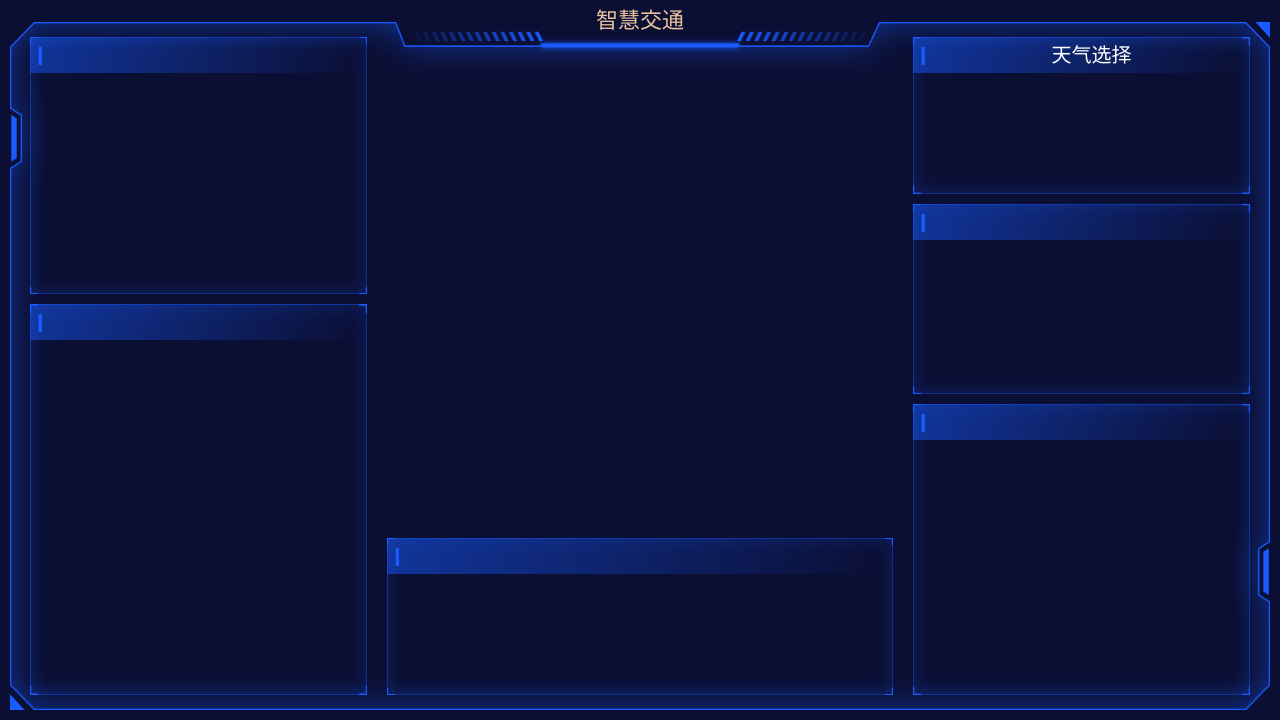
Repository: lizzie7d/smart-traffic
Page: /
The author's editor kept a copy of each file at every save. The page is drawn from the files as they stood at one save, then again after the next save.
The browser window is 1280 px wide. The pictures show the whole page.
The project was rebuilt for these pictures with package versions that can differ from the ones it lists, and the page was loaded fresh each time.

Above is the page before, as saved 2023-04-12 09:35:00.

### src/App.js
import "./App.css";
// import MainPage from "./pages/main";

function App() {
  return (
    <div className="App">
      {/* <header className="App-header"></header>
      <content className="App-content">
        <MainPage />
      </content> */}
      <div class="header">
        <h1 class="header-title">智慧交通</h1>
      </div>
      <div class="wrapper">
        <div class="content">
          <div class="col col-l">
            <div class="xpanel-wrapper xpanel-wrapper-40">
              <div class="xpanel xpanel-l-t">
                <div class="title"></div>
              </div>
            </div>
            <div class="xpanel-wrapper xpanel-wrapper-60">
              <div class="xpanel xpanel-l-b">
                <div class="title"></div>
              </div>
            </div>
          </div>
          <div class="col col-c">
            <div class="xpanel-wrapper xpanel-wrapper-75">
              <div class="xpanel no-bg"></div>
            </div>
            <div class="xpanel-wrapper xpanel-wrapper-25">
              <div class="xpanel xpanel-c-b">
                <div class="title title-long"></div>
              </div>
            </div>
          </div>
          <div class="col col-r">
            <div class="xpanel-wrapper xpanel-wrapper-25">
              <div class="xpanel xpanel-r-t">
                <div class="title">天气选择</div>
              </div>
            </div>
            <div class="xpanel-wrapper xpanel-wrapper-30">
              <div class="xpanel xpanel-r-m">
                <div class="title"></div>
              </div>
            </div>
            <div class="xpanel-wrapper xpanel-wrapper-45">
              <div class="xpanel xpanel-r-b">
                <div class="title"></div>
              </div>
            </div>
          </div>
        </div>
      </div>
    </div>
  );
}

export default App;

### src/App.css
.App {
  text-align: center;
}


/* .App-content {
  background-color: #282c34;
  min-height: 100vh;
  display: flex;
  background-image: url(./assets/bg-image.png);
background-repeat: no-repeat;
background-size: 100%;
  flex-direction: column;
  font-size: calc(10px + 2vmin);
  color: white;
} */


.App-link {
  color: #61dafb;
}

@keyframes App-logo-spin {
  from {
    transform: rotate(0deg);
  }
  to {
    transform: rotate(360deg);
  }
}

/********** Global **********/
html, body {
	width:100%;
	height:100%;
	font-family:"microsoft yahei", arial, sans-serif;
	background-color:#0b0f34;
	overflow-x:hidden;
	overflow-y:auto;
}
body {margin:0 auto;min-width:375px;max-width:1920px;}

/********** Layout **********/
.header {position:relative;height:42px;box-sizing:border-box;}
.header-title {
	margin:0;
	padding:0;
	line-height:64px;
	text-align:center;
	font-size:32px;
	font-weight:400;
	color:#e9c29d;
}
.wrapper {
	position:absolute;
	top:36px;
	bottom:10px;
	left:10px;
	right:10px;
	padding:10px 10px 0 10px;
	min-height:500px;
	background:url("../src/img/wrapper-bg.png") no-repeat;
	background-size:100% 100%;
	box-sizing:border-box;
}
/* PC */
@media (max-width:1919px) {
	.header {height:36px;}
	.header-title {line-height:42px;font-size:22px;}
	.wrapper {top:22px;}
}
/* Mobile */
@media (max-width:1279px) {
	.header-title {max-width:96%;}
	.wrapper {background:none;}
}

/********** Content **********/
.content {
	display:-webkit-flex;
	display:-ms-flexbox;
	display:flex;
	padding:25px 15px;
	height:100%;
	min-height:100%;
	box-sizing:border-box;
}
.col {margin:0 10px;height:100%;}
.col-l {-webkit-flex:2;-ms-flex:2;flex:2}
.col-c {-webkit-flex:3;-ms-flex:3;flex:3;}
.col-r {-webkit-flex:2;-ms-flex:2;flex:2;}
/* PC */
@media (max-width:1919px) {
	.content {padding:5px 0;}
}
/* Mobile */
@media (max-width:1279px) {
	.content {
		-webkit-flex-direction:column;
		-ms-flex-direction:column;
		flex-direction:column;
	}
	.col {margin:5px 0;}
	.col-l,
	.col-c,
	.col-r {-webkit-flex:none;-ms-flex:none;flex:none;}
}
.xpanel-wrapper {padding-bottom:10px;box-sizing:border-box;}
.xpanel-wrapper {height:100%;}
.xpanel-wrapper-25 {height:25%;}
.xpanel-wrapper-30 {height:30%;}
.xpanel-wrapper-40 {height:40%;}
.xpanel-wrapper-45 {height:45%;}
.xpanel-wrapper-60 {height:60%;}
.xpanel-wrapper-75 {height:75%;}
.xpanel {
	height:100%;
	min-height:100px;
	background-repeat:no-repeat;
	background-size:100% 100%;
	box-sizing:border-box;
}
.xpanel-l-t {background-image:url("../src/img/panel-l-t.png");}
.xpanel-l-b {background-image:url("../src/img/panel-l-b.png");}
.xpanel-c-b {background-image:url("../src/img/panel-c-b.png");}
.xpanel-r-t {background-image:url("../src/img/panel-r-t.png");}
.xpanel-r-m {background-image:url("../src/img/panel-r-m.png");}
.xpanel-r-b {background-image:url("../src/img/panel-r-b.png");}
.xpanel .title {
	padding-left:24px;
	height:44px;
	line-height:44px;
	font-size:24px;
	font-weight:normal;
	color:#fff;
	background-image:url("../src/img/title-bg.png");
	background-repeat:no-repeat;
	background-size:100% 100%;
}
.xpanel .title-long {background-image:url("../src/img/title-bg-long.png");}
/* PC */
@media (max-width:1919px) {
	.xpanel .title {padding-left:20px;height:36px;line-height:36px;font-size:20px;}
}

/* tool */
.fill-h {height:100% !important;min-height:100% !important;}
.no-margin {margin:0 !important;}
.no-padding {padding:0 !important;}
.no-bg {background:none !important;}
.no-border {border:0 !important;}

/* scrollbar */
::-webkit-scrollbar {width:0;height:0;}
::-webkit-scrollbar-track {background-color:transparent;}
::-webkit-scrollbar-thumb {border-radius:5px;background-color:rgba(0, 0, 0, 0.3);}

### src/component/DetailSection/detail.jsx
import { CloudOutlined, ThunderboltOutlined } from "@ant-design/icons";

const DetailSection = () => {
    return (
        <div className="detail-section">
            <div className='detail-title'>天气选择</div>
            <div className="weather-icon">
                <CloudOutlined />
                <ThunderboltOutlined />

            </div>

        </div>
    )
}
export default DetailSection;

Loaded but not shown: public/index.html (common file); src/index.js (common file); src/index.css (common file); src/reportWebVitals.js (common file)

After the next save:
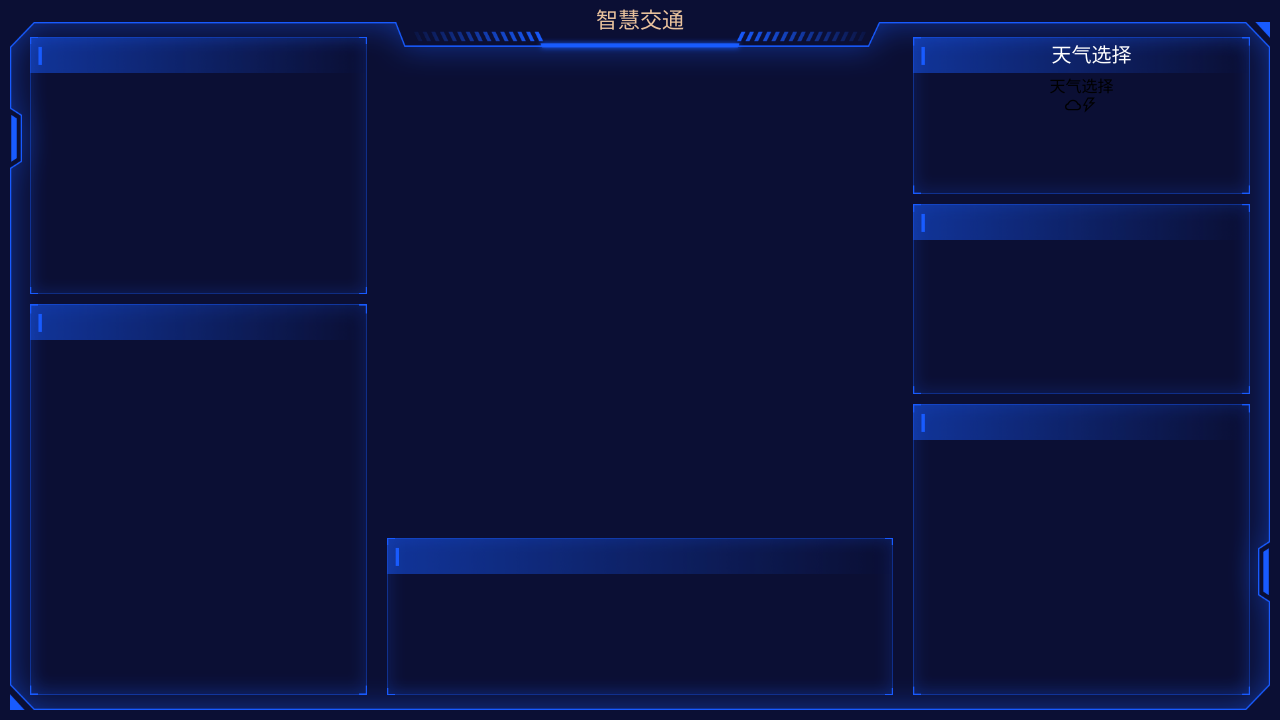
Saved 100 s later.
--- a/src/App.js
+++ b/src/App.js
@@ -1,4 +1,5 @@
 import "./App.css";
+import DetailSection from "./component/DetailSection/detail";
 // import MainPage from "./pages/main";
 
 function App() {
@@ -39,6 +40,7 @@ function App() {
             <div class="xpanel-wrapper xpanel-wrapper-25">
               <div class="xpanel xpanel-r-t">
                 <div class="title">天气选择</div>
+                <DetailSection />
               </div>
             </div>
             <div class="xpanel-wrapper xpanel-wrapper-30">
